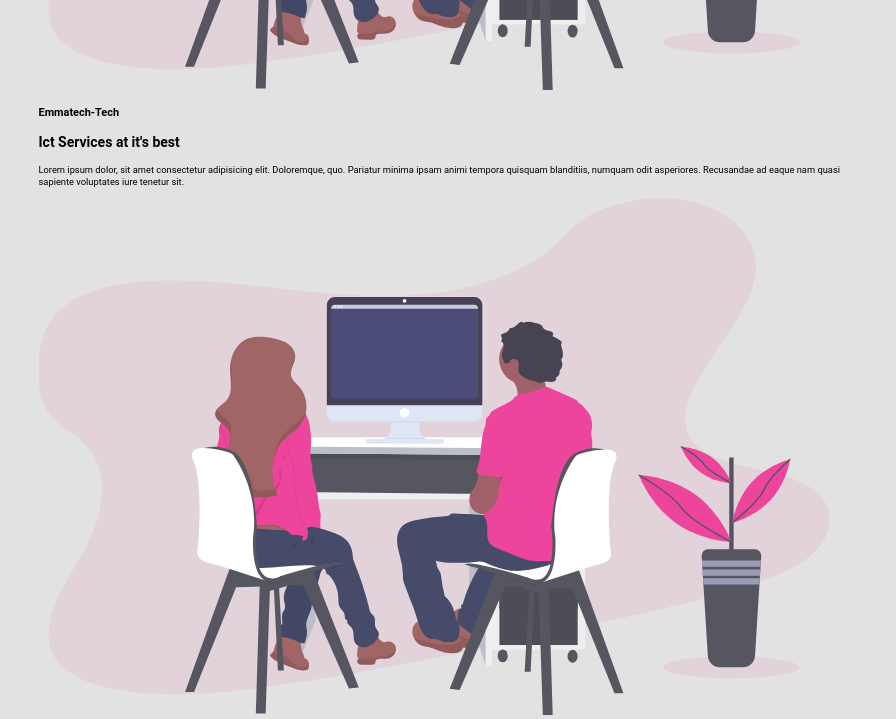
Repository: wisdomspine/emmatech-website
Page: index.html
The author's editor kept a copy of each file at every save. The page is drawn from the files as they stood at one save, then again after the next save.
The browser window is 1280 px wide. The pictures show the part of the page from y = 859 to 2779 px (the page is 1886 px tall before and 2779 px after), at 70% of full size.

Above is the page before, as saved 2020-10-05 11:22:35.

### index.html
<!DOCTYPE html>
<html lang="en">

<head>
    <meta charset="UTF-8">
    <meta name="viewport" content="width=device-width, initial-scale=1.0 max-scale=1.0">
    <title>Emmatech ICT</title>
    <link rel="stylesheet" href="./assets/styles/styles.css">
    <link rel="stylesheet" href="./assets/styles/home-slide.css">
</head>

<body>
    <header class="header">
        <div class="container">
            <img src="./assets/images/logo.png" alt="">
            <nav>
                <ul>
                    <li>
                        <a href="#">Contact us</a>
                    </li>
                    <li>
                        <a href="#">About</a>
                    </li>
                    <li>
                        <a href="#">Services</a>
                    </li>
                    <li>
                        <a href="#">Portfolio</a>
                    </li>
                </ul>
            </nav>
        </div>
    </header>

    <section class="home-slide">
        <div>
            <div class="container">
                <article>
                    <header>
                        <h1>Emmatech-Tech</h1>
                        <h2>Ict Services at it's best</h2>
                    </header>
                    <p>
                        Lorem ipsum dolor, sit amet consectetur adipisicing elit. Doloremque, quo. Pariatur minima ipsam
                        animi tempora quisquam blanditiis, numquam odit asperiores. Recusandae ad eaque nam quasi
                        sapiente voluptates iure tenetur sit.

                    </p>
                </article>
                <div>
                    <img src="./assets/images/slide/slide1.svg" alt="">
                </div>
            </div>
        </div>
        <div>
            <div class="container">
                <article>
                    <header>
                        <h1>Emmatech-Tech</h1>
                        <h2>Ict Services at it's best</h2>
                    </header>
                    <p>
                        Lorem ipsum dolor, sit amet consectetur adipisicing elit. Doloremque, quo. Pariatur minima ipsam
                        animi tempora quisquam blanditiis, numquam odit asperiores. Recusandae ad eaque nam quasi
                        sapiente voluptates iure tenetur sit.

                    </p>
                </article>
                <div>
                    <img src="./assets/images/slide/slide1.svg" alt="">
                </div>
            </div>
        </div>
    </section>
</body>

</html>

### assets/styles/styles.css
@import "./preset.css";
@import "./page-header.css";

.container {
  max-width: 1170px;
  margin-left: auto;
  margin-right: auto;
}

### assets/styles/home-slide.css
@import "./variables.css";
.home-slide {
  /* height: calc(100vh - var(--header-height)); */
  overflow: hidden;
}

### assets/styles/preset.css
/* @font-face {
  font-family: "Roboto";
  src: "../fonts/Roboto /Roboto-Regular.ttf";
} */
@import "./variables.css";
* {
  box-sizing: border-box;
  text-rendering: optimizeLegibility;
  -webkit-font-smoothing: antialiased;
  -moz-osx-font-smoothing: grayscale;
  font-kerning: auto;
}
html {
  font-size: 10pt;
  line-height: 1.4;
  font-weight: 400;
  font-family: "Roboto";
  -webkit-text-size-adjust: 100%;
}
body {
  margin: 0;
  background-color: var(--bg-color);
}

a,
a:hover,
a:active,
a:focus {
  text-decoration: none;
}

### assets/styles/page-header.css
@import "./variables.css";
.header {
  display: flex;
  flex-flow: row nowrap;
  justify-content: space-between;
  padding: var(--padding-large);
  height: var(--header-height);
  overflow: hidden;
  background-color: var(--card-color);
}

.header .container {
  display: flex;
  flex-flow: row nowrap;
  justify-content: space-between;
}

.header img {
  display: inline-block;
  height: 100%;
}

.header nav ul {
  list-style: none;
  display: flex;
  flex-flow: row nowrap;
  padding: 0;
  margin: 0;
}

.header nav ul li {
  padding: var(--padding-mid);
}

.header nav ul a {
  color: var(--accent-link-color);
}
.header nav ul a:hover {
  opacity: 0.9;
}

### assets/styles/variables.css
:root {
  --bg-color: #e1e2e1;
  --padding-large: 24px;
  --padding-mid: 18px;
  --header-height: 100px;
  --card-color: #ffffff;
  --accent-link-color: #ed459c;
}

Loaded but not shown: assets/images/slide/slide1.svg (1 lines, source omitted)

After the next save:
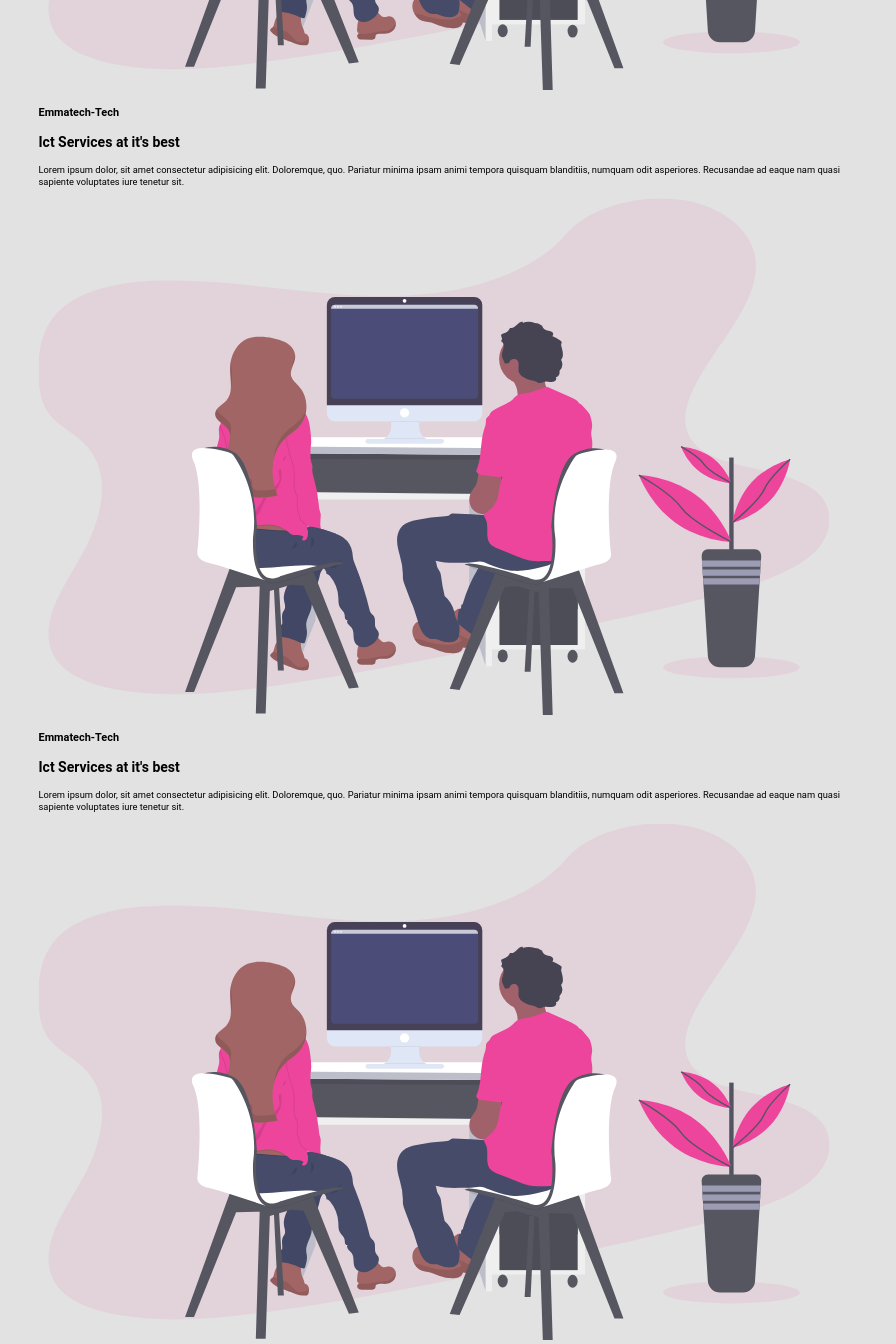
Saved 28 s later.
--- a/index.html
+++ b/index.html
@@ -71,6 +71,25 @@
                 </div>
             </div>
         </div>
+        <div>
+            <div class="container">
+                <article>
+                    <header>
+                        <h1>Emmatech-Tech</h1>
+                        <h2>Ict Services at it's best</h2>
+                    </header>
+                    <p>
+                        Lorem ipsum dolor, sit amet consectetur adipisicing elit. Doloremque, quo. Pariatur minima ipsam
+                        animi tempora quisquam blanditiis, numquam odit asperiores. Recusandae ad eaque nam quasi
+                        sapiente voluptates iure tenetur sit.
+
+                    </p>
+                </article>
+                <div>
+                    <img src="./assets/images/slide/slide1.svg" alt="">
+                </div>
+            </div>
+        </div>
     </section>
 </body>
 
